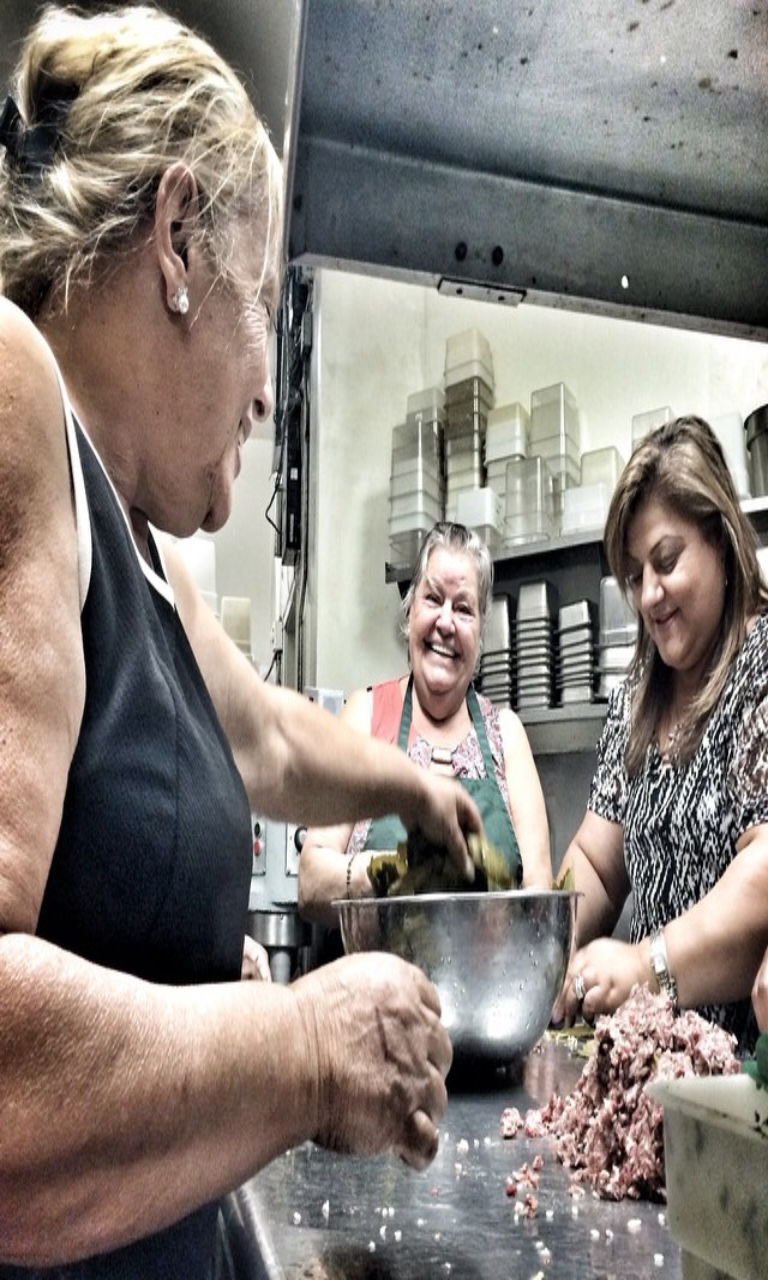
Repository: cpoole/itp341
Layout: Final.Project.poole.connor/res/layout/parallax_header.xml
An editor plug-in stored every save of this project. The layout is shown before and after the next save, followed by the edit.
It is drawn on a 768 x 1280 px phone screen (xhdpi) without system bars, with theme AppTheme; the app's code is not run. The app's manifest (not shown) leaves right-to-left support off. So textAlignment, textDirection and layoutDirection are ignored, and left and right values win over start and end ones.

Above is the layout before, as saved 2014-12-12 07:21:03.

### Final.Project.poole.connor/res/layout/parallax_header.xml
<?xml version="1.0" encoding="utf-8"?>
<RelativeLayout xmlns:android="http://schemas.android.com/apk/res/android"
                android:layout_width="match_parent"
                android:layout_height="match_parent">

    <ImageView
        android:layout_width="fill_parent"
        android:layout_height="fill_parent"
        android:id="@+id/imageView2"
        android:layout_alignParentTop="true"
        android:layout_alignParentRight="true"
        android:layout_alignParentEnd="true"
        android:layout_centerHorizontal="true"
        android:src="@drawable/bg3"
        android:scaleType="fitXY" />
</RelativeLayout>

Loaded but not shown: Final.Project.poole.connor/res/values/styles.xml (common file); Final.Project.poole.connor/res/values-v11/styles.xml (common file); Final.Project.poole.connor/res/values-v14/styles.xml (common file)

After the next save:
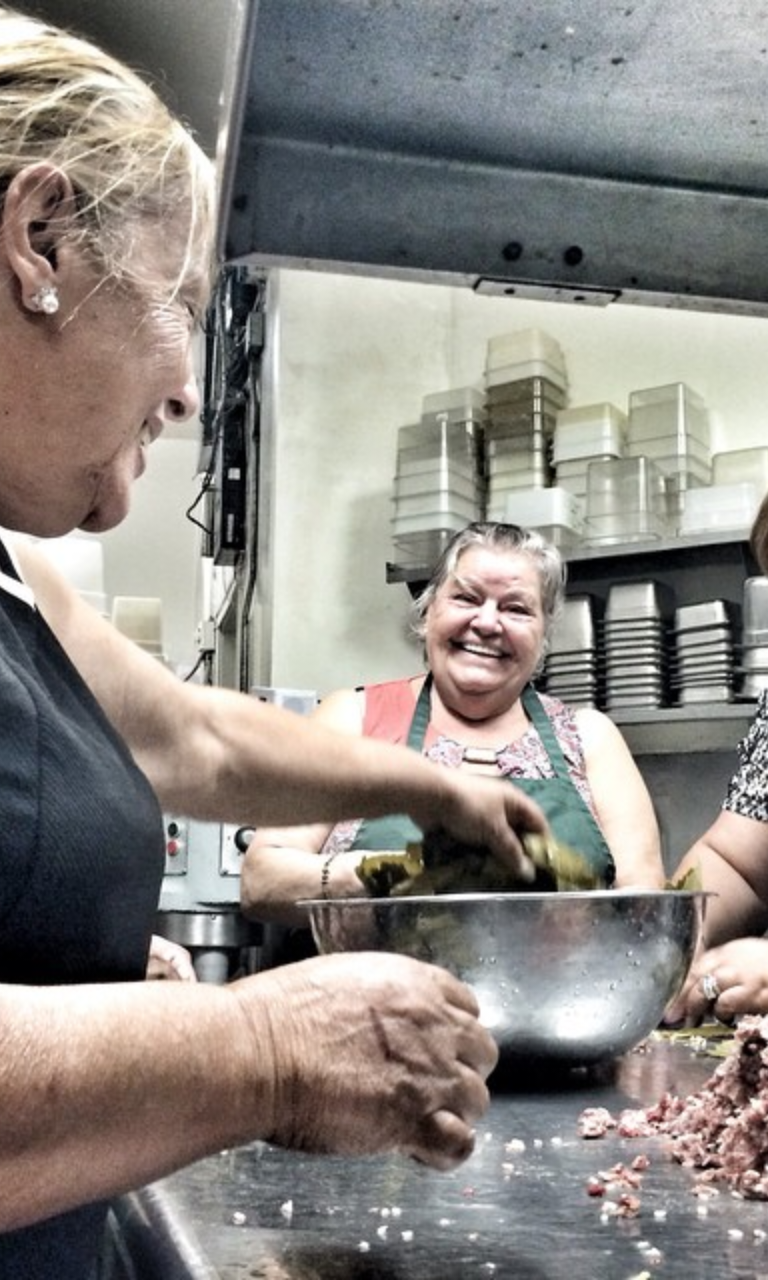
Saved 86 s later.
--- a/Final.Project.poole.connor/res/layout/parallax_header.xml
+++ b/Final.Project.poole.connor/res/layout/parallax_header.xml
@@ -12,5 +12,4 @@
         android:layout_alignParentEnd="true"
         android:layout_centerHorizontal="true"
         android:src="@drawable/bg3"
-        android:scaleType="fitXY" />
-</RelativeLayout>
+        android:scaleType="centerCrop" /></RelativeLayout>
